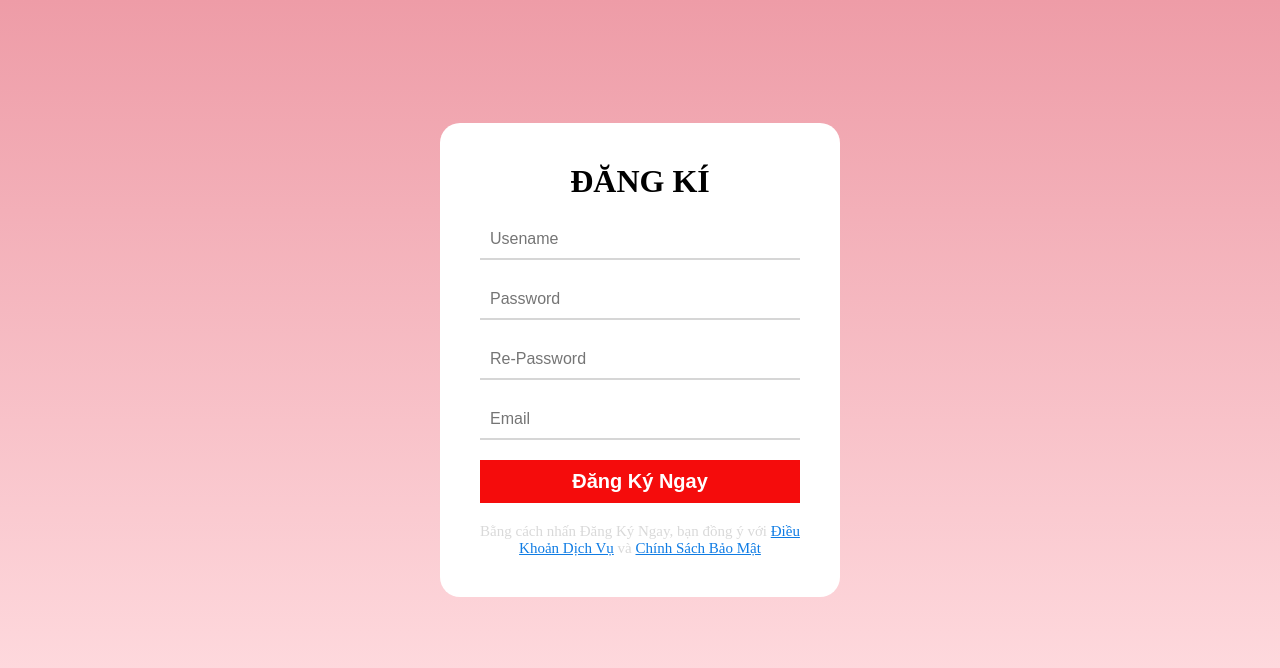
Repository: phanngocson0407/doan
Page: HTML/dangki.html
These files come from the project's save history. The page is drawn as it stood at one moment and after the next save; the edit follows.
The browser window is 1280 px wide. The pictures show the whole page.

Above is the page before, as saved 2022-10-01 14:51:22.
Not found: app.js

After the next save:
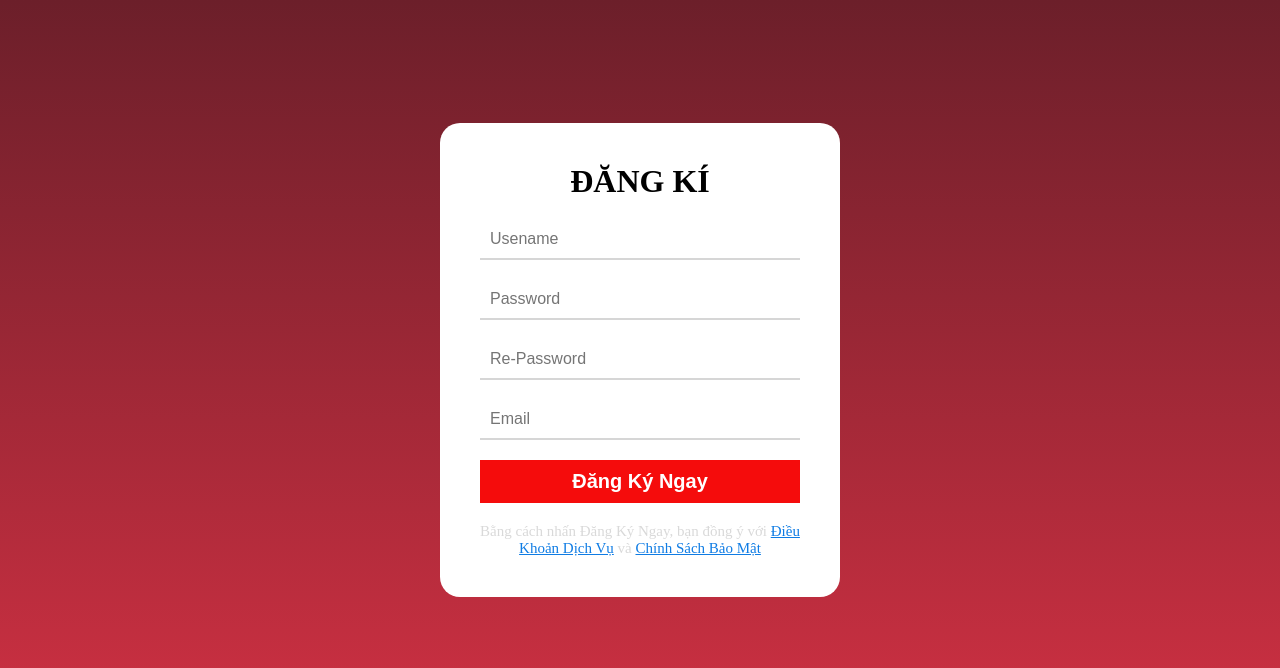
Saved 48 s later.
--- a/CSS/dangki.css
+++ b/CSS/dangki.css
@@ -4,7 +4,7 @@
   box-sizing: border-box;
 }
 body {
-  background-image: linear-gradient(#ee9ca7, #ffdde1);
+  background-image: linear-gradient(#6c1f2a, #cd3042);
   display: flex;
   justify-content: center;
   align-items: center;

After the save that followed:
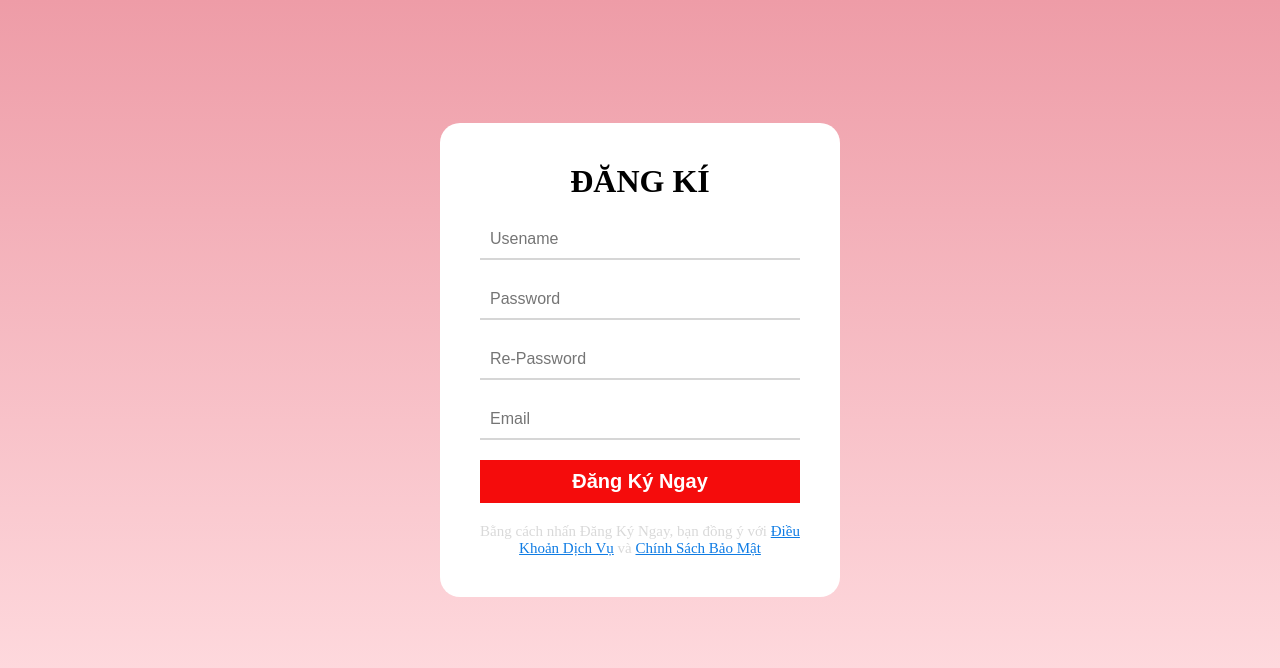
Saved 11 s later.
--- a/CSS/dangki.css
+++ b/CSS/dangki.css
@@ -4,7 +4,7 @@
   box-sizing: border-box;
 }
 body {
-  background-image: linear-gradient(#6c1f2a, #cd3042);
+  background-image: linear-gradient(#ee9ca7, #ffdde1);
   display: flex;
   justify-content: center;
   align-items: center;
